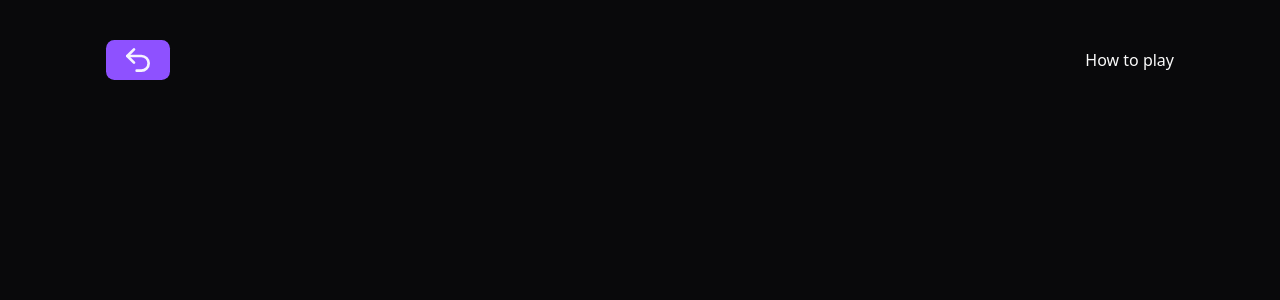
Repository: usmanov16/8-oy-6-dars
Page: /instruction
The author's editor kept a copy of each file at every save. The page is drawn from the files as they stood at one save, then again after the next save.
The browser window is 1280 px wide. The pictures show the whole page.
The page's requests for data from a server got no answer. The project was rebuilt for these pictures with package versions that can differ from the ones it lists, and the page was loaded fresh each time. No one was signed in, and anything a server would have sent is missing. Also part of the build but not shown: vite.config.ts, src/pages/Home.tsx.

Above is the page before, as saved 2025-11-06 22:14:37.

### index.html
<!doctype html>
<html lang="en">
  <head>
    <meta charset="UTF-8" />
    <!-- <link rel="icon" type="image/svg+xml" href="/vite.svg" /> -->
    <meta name="viewport" content="width=device-width, initial-scale=1.0" />
    <title>6-dars</title>
  </head>
  <body class="dark">
    <div id="root"></div>
    <script type="module" src="/src/main.tsx"></script>
  </body>
</html>

### src/main.tsx
import { StrictMode } from 'react'
import { createRoot } from 'react-dom/client'
import './index.css'
import App from './App.tsx'
import MainContext from './context/MainContext.tsx'

createRoot(document.getElementById('root')!).render(

    <MainContext>
      <App/>
    </MainContext>


)

### src/index.css
@import "tailwindcss";
@import "tw-animate-css";

@custom-variant dark (&:is(.dark *));

@theme inline {
  --radius-sm: calc(var(--radius) - 4px);
  --radius-md: calc(var(--radius) - 2px);
  --radius-lg: var(--radius);
  --radius-xl: calc(var(--radius) + 4px);
  --color-background: var(--background);
  --color-foreground: var(--foreground);
  --color-card: var(--card);
  --color-card-foreground: var(--card-foreground);
  --color-popover: var(--popover);
  --color-popover-foreground: var(--popover-foreground);
  --color-primary: var(--primary);
  --color-primary-foreground: var(--primary-foreground);
  --color-secondary: var(--secondary);
  --color-secondary-foreground: var(--secondary-foreground);
  --color-muted: var(--muted);
  --color-muted-foreground: var(--muted-foreground);
  --color-accent: var(--accent);
  --color-accent-foreground: var(--accent-foreground);
  --color-destructive: var(--destructive);
  --color-border: var(--border);
  --color-input: var(--input);
  --color-ring: var(--ring);
  --color-chart-1: var(--chart-1);
  --color-chart-2: var(--chart-2);
  --color-chart-3: var(--chart-3);
  --color-chart-4: var(--chart-4);
  --color-chart-5: var(--chart-5);
  --color-sidebar: var(--sidebar);
  --color-sidebar-foreground: var(--sidebar-foreground);
  --color-sidebar-primary: var(--sidebar-primary);
  --color-sidebar-primary-foreground: var(--sidebar-primary-foreground);
  --color-sidebar-accent: var(--sidebar-accent);
  --color-sidebar-accent-foreground: var(--sidebar-accent-foreground);
  --color-sidebar-border: var(--sidebar-border);
  --color-sidebar-ring: var(--sidebar-ring);
}

:root {
  --radius: 0.65rem;
  --background: oklch(1 0 0);
  --foreground: oklch(0.141 0.005 285.823);
  --card: oklch(1 0 0);
  --card-foreground: oklch(0.141 0.005 285.823);
  --popover: oklch(1 0 0);
  --popover-foreground: oklch(0.141 0.005 285.823);
  --primary: oklch(0.541 0.281 293.009);
  --primary-foreground: oklch(0.969 0.016 293.756);
  --secondary: oklch(0.967 0.001 286.375);
  --secondary-foreground: oklch(0.21 0.006 285.885);
  --muted: oklch(0.967 0.001 286.375);
  --muted-foreground: oklch(0.552 0.016 285.938);
  --accent: oklch(0.967 0.001 286.375);
  --accent-foreground: oklch(0.21 0.006 285.885);
  --destructive: oklch(0.577 0.245 27.325);
  --border: oklch(0.92 0.004 286.32);
  --input: oklch(0.92 0.004 286.32);
  --ring: oklch(0.702 0.183 293.541);
  --chart-1: oklch(0.811 0.111 293.571);
  --chart-2: oklch(0.606 0.25 292.717);
  --chart-3: oklch(0.541 0.281 293.009);
  --chart-4: oklch(0.491 0.27 292.581);
  --chart-5: oklch(0.432 0.232 292.759);
  --sidebar: oklch(0.985 0 0);
  --sidebar-foreground: oklch(0.141 0.005 285.823);
  --sidebar-primary: oklch(0.541 0.281 293.009);
  --sidebar-primary-foreground: oklch(0.969 0.016 293.756);
  --sidebar-accent: oklch(0.967 0.001 286.375);
  --sidebar-accent-foreground: oklch(0.21 0.006 285.885);
  --sidebar-border: oklch(0.92 0.004 286.32);
  --sidebar-ring: oklch(0.702 0.183 293.541);
}

.dark {
  --background: oklch(0.141 0.005 285.823);
  --foreground: oklch(0.985 0 0);
  --card: oklch(0.21 0.006 285.885);
  --card-foreground: oklch(0.985 0 0);
  --popover: oklch(0.21 0.006 285.885);
  --popover-foreground: oklch(0.985 0 0);
  --primary: oklch(0.606 0.25 292.717);
  --primary-foreground: oklch(0.969 0.016 293.756);
  --secondary: oklch(0.274 0.006 286.033);
  --secondary-foreground: oklch(0.985 0 0);
  --muted: oklch(0.274 0.006 286.033);
  --muted-foreground: oklch(0.705 0.015 286.067);
  --accent: oklch(0.274 0.006 286.033);
  --accent-foreground: oklch(0.985 0 0);
  --destructive: oklch(0.704 0.191 22.216);
  --border: oklch(1 0 0 / 10%);
  --input: oklch(1 0 0 / 15%);
  --ring: oklch(0.38 0.189 293.745);
  --chart-1: oklch(0.811 0.111 293.571);
  --chart-2: oklch(0.606 0.25 292.717);
  --chart-3: oklch(0.541 0.281 293.009);
  --chart-4: oklch(0.491 0.27 292.581);
  --chart-5: oklch(0.432 0.232 292.759);
  --sidebar: oklch(0.21 0.006 285.885);
  --sidebar-foreground: oklch(0.985 0 0);
  --sidebar-primary: oklch(0.606 0.25 292.717);
  --sidebar-primary-foreground: oklch(0.969 0.016 293.756);
  --sidebar-accent: oklch(0.274 0.006 286.033);
  --sidebar-accent-foreground: oklch(0.985 0 0);
  --sidebar-border: oklch(1 0 0 / 10%);
  --sidebar-ring: oklch(0.38 0.189 293.745);
}


@layer base {
  * {
    @apply border-border outline-ring/50;
  }
  body {
    @apply bg-background text-foreground;
  }
}

@layer utilities {
  .container {
    @apply w-full max-w-[1100px] mx-auto px-4;
  }
}

### src/App.tsx
import Router  from "./routes/Router";
import useFetch from "./hooks/useFetch"

interface Product {
  [key: string]: string | number | boolean
  body:string;
  categories: string;
  id: number;
  date: string;
  title: string;

}

function App() {


  return <Router />
}

export default App

### src/context/MainContext.tsx
import { createContext, useContext, useReducer, type ReactNode } from "react";
 const mainContextProvider = createContext<{
  state: State;
  dispatch: React.Dispatch<Action>;
} | null>(null);

interface State {
  theme: "light" | "dark";
}

interface Action {
  type: string;
  payload?: string;
}

const initialState: State = {
  theme: "light",
};

function reducer(state: State, action: Action): State {
  switch (action.type) {
    case "ChangeTheme":
      return { ...state, theme: state.theme === "light" ? "dark" : "light" };
    default:
      return { ...state };
  }
}

function MainContext({ children }: { children: ReactNode }) {
  const [state, dispatch] = useReducer(reducer, initialState);

  return (
    <mainContextProvider.Provider value={{ state, dispatch }}>
      {children}
    </mainContextProvider.Provider>
  );
}

export default MainContext;

export function useMainContext() {
    const context = useContext(mainContextProvider)
    if(!context) {
        throw new Error("Xatolik!")
    }

    return context
}

### src/routes/Router.tsx

import Home from "@/pages/Home"
import Document from "@/pages/Document"
import { createBrowserRouter, RouterProvider } from "react-router-dom"


function Router() {
    const router = createBrowserRouter([
        {
            path: "/",
            element: <Home/>
        },
        {
            path: "/instruction",
            element: <Document/>
        }
    ])
    return (
        <RouterProvider router={router}>
        </RouterProvider>
    )
}

export default Router

### src/pages/Document.tsx
import useFetch from "@/hooks/useFetch"
import { type FetchType } from "@/model/model"
import Loading from "@/components/Loading"
import { Button } from "@/components/ui/button"
import { Undo2 } from "lucide-react"

interface Data {
  id: number
  title: string
  text: string
}

function Document() {

  const { data, loading } = useFetch<FetchType<Data>>("documentation")


  console.log("loading:", loading)

  if (loading) {
    return <Loading />
  }

  return (
    <div className="py-10">
        <div className="container mb-10 flex items-center justify-between">
            <Button >
            <Undo2 />
            </Button>
            <h2 className="">How to play</h2>
        </div>
      <div className="container grid grid-cols-1 gap-6 lg:grid-cols-3">
        {data &&
          data.data.map((obj) => (
            <div className="border border-gray-400 rounded-sm px-4 py-8"  key={obj.id}>
              <h2 className="text-xl font-bold mb-4 ">{obj.title}</h2>
              <p>{obj.text}</p>
            </div>
          ))}
      </div>
    </div>
  )
}

export default Document

### src/components/ui/button.tsx
import * as React from "react"
import { Slot } from "@radix-ui/react-slot"
import { cva, type VariantProps } from "class-variance-authority"

import { cn } from "@/lib/utils"

const buttonVariants = cva(
  "inline-flex items-center justify-center gap-2 whitespace-nowrap rounded-md text-sm font-medium transition-all disabled:pointer-events-none disabled:opacity-50 [&_svg]:pointer-events-none [&_svg:not([class*='size-'])]:size-8 shrink-0 [&_svg]:shrink-0 outline-none focus-visible:border-ring focus-visible:ring-ring/50 focus-visible:ring-[3px] aria-invalid:ring-destructive/20 dark:aria-invalid:ring-destructive/40 aria-invalid:border-destructive",
  {
    variants: {
      variant: {
        default: "bg-primary text-primary-foreground hover:bg-primary/90",
        destructive:
          "bg-destructive text-white hover:bg-destructive/90 focus-visible:ring-destructive/20 dark:focus-visible:ring-destructive/40 dark:bg-destructive/60",
        outline:
          "border bg-background shadow-xs hover:bg-accent hover:text-accent-foreground dark:bg-input/30 dark:border-input dark:hover:bg-input/50",
        secondary:
          "bg-secondary text-secondary-foreground hover:bg-secondary/80",
        ghost:
          "hover:bg-accent hover:text-accent-foreground dark:hover:bg-accent/50",
        link: "text-primary underline-offset-4 hover:underline",
      },
      size: {
        default: "h-9 px-4 py-2 has-[>svg]:px-3",
        sm: "h-8 rounded-md gap-1.5 px-3 has-[>svg]:px-2.5",
        lg: "h-10 rounded-md px-6 has-[>svg]:px-4",
        xlg: "h-15 rounded-md px-8 has-[>svg]:px-6",
        icon: "size-9",
        "icon-sm": "size-8",
        "icon-lg": "size-10",
      },
    },
    defaultVariants: {
      variant: "default",
      size: "lg",
    },
  }
)

function Button({
  className,
  variant,
  size,
  asChild = false,
  ...props
}: React.ComponentProps<"button"> &
  VariantProps<typeof buttonVariants> & {
    asChild?: boolean
  }) {
  const Comp = asChild ? Slot : "button"

  return (
    <Comp
      data-slot="button"
      className={cn(buttonVariants({ variant, size, className }))}
      {...props}
    />
  )
}

export { Button, buttonVariants }

### src/hooks/useFetch.ts
import { BaseUrl } from "@/api/url";
import { useEffect, useState } from "react";

type Param = "documentation" | "questions" | "categories";

function useFetch<T>(param: Param) {
  const [data, setData] = useState<T | null>(null);
  const [error, setError] = useState<string | null>(null);
  const [loading, setLoading] = useState<boolean>(true);

  async function fetchData() {
    setLoading(true);
    try {
      const response = await fetch(BaseUrl + param);
      if (!response.ok) {
        throw new Error("Xatolik");
      }
      const data = await response.json();
      setData(data);
    } catch (error: any) {
      setError(error.message);
    } finally {
      setLoading(false);
    }
  }

  useEffect(() => {
    fetchData();
  }, [param]);

  return { data, error, loading };
}

export default useFetch;

### src/components/Loading.tsx
import { PropagateLoader } from "react-spinners";

function Loading() {
  return (
    <div className="fixed inset-0 flex items-center justify-center bg-black/70 z-[9999]">
      <PropagateLoader color="#00ffcc" size={15} />
    </div>
  );
}

export default Loading;

### src/api/url.ts

    export const BaseUrl = "https://json-api.uz/api/project/zakovat/"

Loaded but not shown: src/lib/utils.ts (common file)

After the next save:
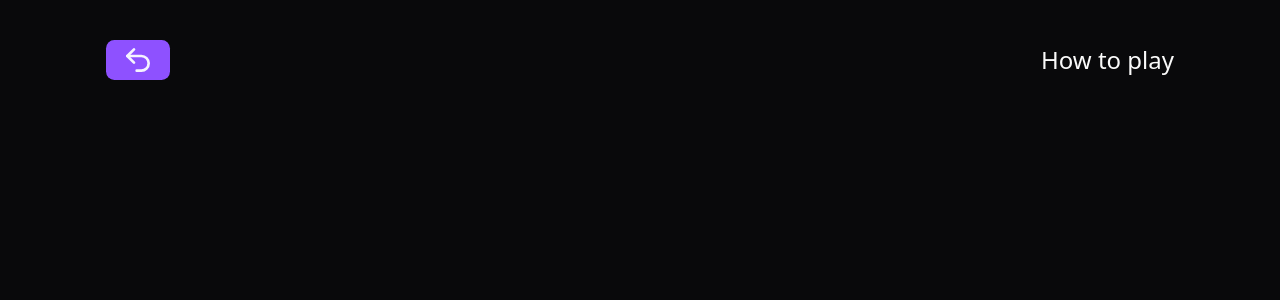
Saved 5 s later.
--- a/src/pages/Document.tsx
+++ b/src/pages/Document.tsx
@@ -27,7 +27,7 @@ function Document() {
             <Button >
             <Undo2 />
             </Button>
-            <h2 className="">How to play</h2>
+            <h2 className="text-2xl">How to play</h2>
         </div>
       <div className="container grid grid-cols-1 gap-6 lg:grid-cols-3">
         {data &&
